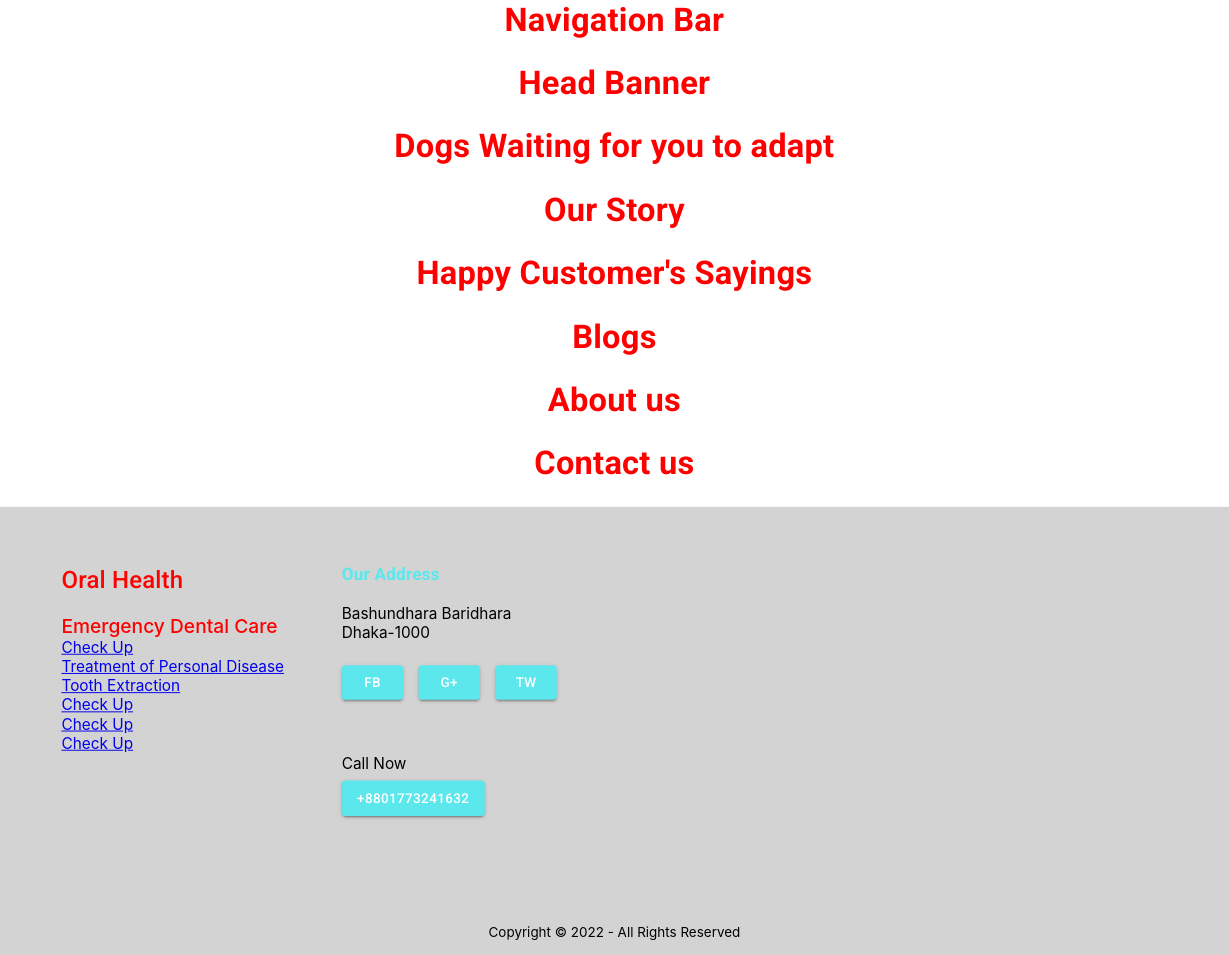
Repository: Sharif-00112/dogos-paradise-client
Page: /
These files come from the project's save history. The page is drawn as it stood at one moment and after the next save; the edit follows.
The browser window is 1280 px wide. The pictures show the whole page, at 96% of full size.
The page's requests for data from a server got no answer. The project was rebuilt for these pictures with package versions that can differ from the ones it lists, and the page was loaded fresh each time. Some packages were replaced by stand-ins written for this rebuild. No one was signed in, and anything a server would have sent is missing. Also part of the build but not shown: src/Pages/Login/Login/Login.js, src/Pages/Login/Register/Register.js, src/Pages/NotFound/NotFound.js.

Above is the page before, as saved 2022-11-30 22:36:25.

After the next save:
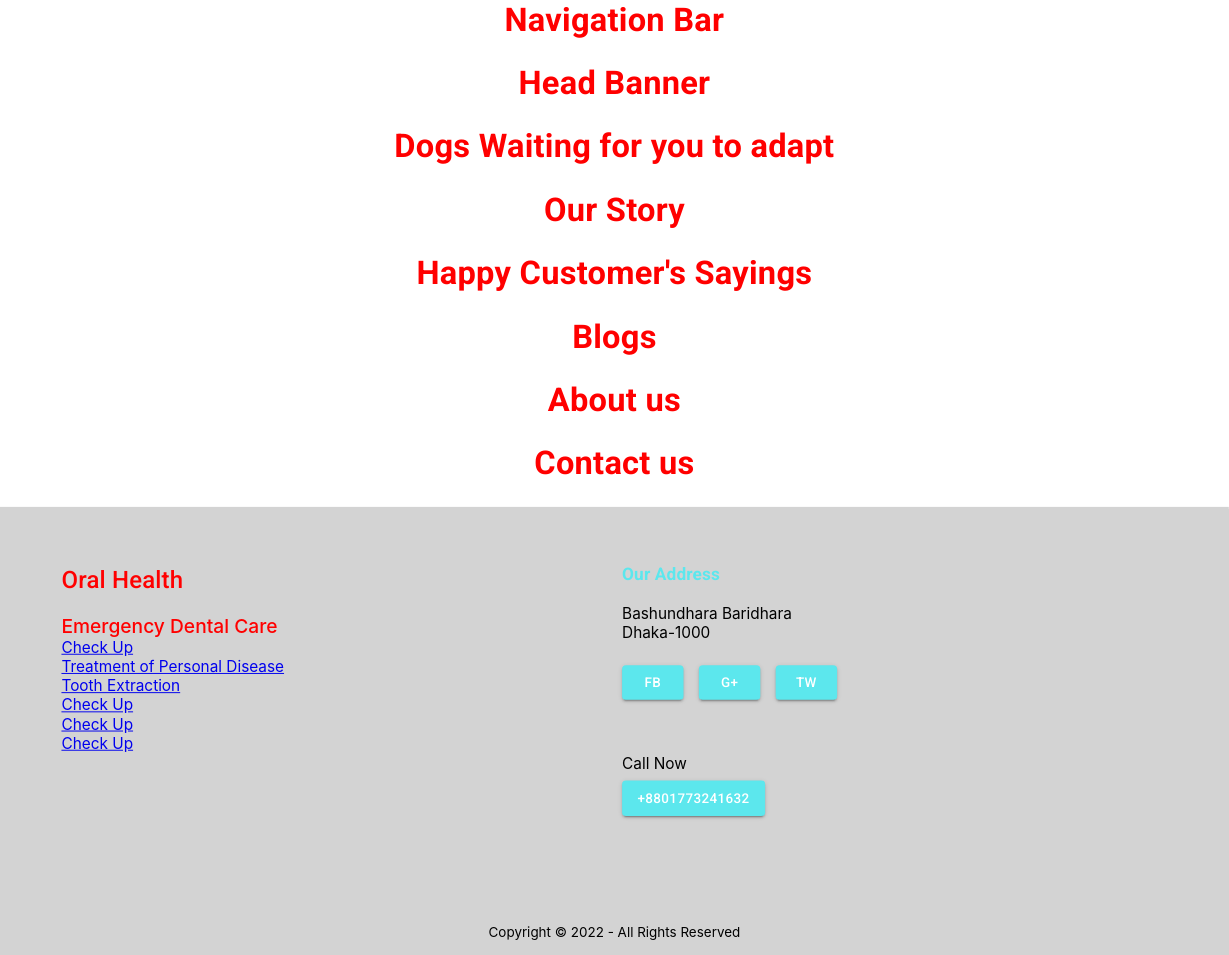
Saved 22 s later.
--- a/src/Pages/Shared/Footer/Footer.js
+++ b/src/Pages/Shared/Footer/Footer.js
@@ -19,7 +19,7 @@ const Footer = () => {
         <Container sx={{ py: 5, px:10 }}>
             <Box sx={{ flexGrow: 1 }}>
                 <Grid container spacing={2}>
-                    <Grid item style={{ textAlign: 'left'}} xs={6} md={3}>
+                    <Grid item style={{ textAlign: 'left'}} xs={6} md={6}>
                         <Typography sx={{ my:2, fontSize: 18, fontWeight: 600 }} style={{color: 'red', fontWeight: 500, fontSize: 25 }} variant="h6" component="div">
                             Oral Health
                         </Typography>
@@ -51,7 +51,7 @@ const Footer = () => {
                             Check Up
                         </Link>
                     </Grid>
-                    <Grid item style={{ textAlign: 'left'}} xs={6} md={3}>
+                    <Grid item style={{ textAlign: 'left'}} xs={6} md={6}>
                         <Typography sx={{ my:2, fontSize: 18, fontWeight: 600 }} style={{color: '#5CE7ED'}} variant="h6" component="div">
                             Our Address
                         </Typography>
